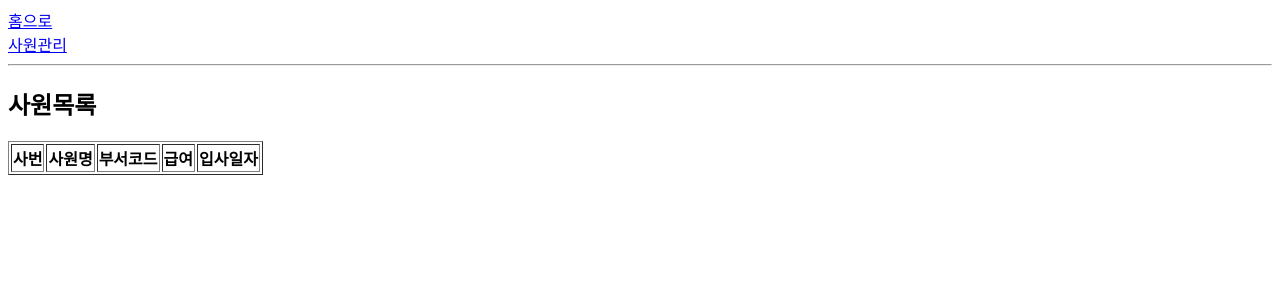
Repository: tnalss/studyWeb
Page: http://localhost/servlet02/employee/emp_list
An editor plug-in stored every save of this project. The page is shown before and after the next save, followed by the edit.
The browser window is 1280 px wide. The pictures show the whole page.
The page is served by Tomcat 9. Other server files are loaded and not shown. Queries for data that is not in the repository find no rows.

Above is the page before, as saved 2022-11-10 07:53:47.

### workspace/servlet02/src/main/java/hr/EmployeeListServlet.java
package hr;

import java.io.IOException;
import java.io.PrintWriter;
import java.util.ArrayList;

import javax.servlet.ServletException;
import javax.servlet.annotation.WebServlet;
import javax.servlet.http.HttpServlet;
import javax.servlet.http.HttpServletRequest;
import javax.servlet.http.HttpServletResponse;

import dao.HrDAO;
import dto.EmployeeDTO;

@WebServlet("/employee/emp_list")
public class EmployeeListServlet extends HttpServlet {
	private static final long serialVersionUID = 1L;
	protected void service(HttpServletRequest request, HttpServletResponse response) throws ServletException, IOException {
		response.setContentType("text/html; charset=utf-8");

		PrintWriter out = response.getWriter();

		out.print("<html>");
		out.print("<body>");

		out.print("<div><a href='../'>홈으로</a></div>");
		out.print("<div><a href='index.html'>사원관리</a></div>");
		out.print("<hr>");
		out.print("<h2>사원목록</h2>");
		out.print("<table border='1'>");
		out.print("<tr><th>사번</th><th>사원명</th><th>부서코드</th><th>급여</th>"
				+ "<th>입사일자</th></tr>");

		HrDAO dao = new HrDAO();

		ArrayList<EmployeeDTO> list = dao.employee_list();

		for (EmployeeDTO dto : list) {


			out.printf("<tr><td>%d</td><td>%s</td><td>%d</td><td>%s</td><td>%s</td></tr>"
					,dto.getEmployee_id() , dto.getName()
					,dto.getDepartment_name(), dto.getSalary() , dto.getHire_date());



		}




		out.print("</table>");
		out.print("</body>");
		out.print("</html>");


	}

}

### workspace/servlet02/src/main/java/dao/HrDAO.java
package dao;

import java.sql.Connection;
import java.sql.DriverManager;
import java.sql.PreparedStatement;
import java.sql.ResultSet;
import java.sql.SQLException;
import java.util.ArrayList;

import dto.EmployeeDTO;

public class HrDAO {
	private Connection conn;
	private PreparedStatement ps;
	private ResultSet rs;

	private void connect() {
		try {
			Class.forName("oracle.jdbc.driver.OracleDriver");
			conn = DriverManager.getConnection("jdbc:oracle:thin:@localhost:1521:xe","hr","0000");
		} catch (Exception e) {
			System.out.println(e.getMessage());
		}
	}

	private void disconnect() {

		if (rs!=null) { try{rs.close();}catch(Exception e) {} }
		if (ps!=null) { try{ps.close();}catch(Exception e) {} }
		if (conn!=null) { try{conn.close();}catch(Exception e) {} }

	}

	//사원목록조회
	public ArrayList<EmployeeDTO> employee_list() {
		connect();
		ArrayList<EmployeeDTO> list = new ArrayList<EmployeeDTO>();
		String sql = "SELECT employee_id, last_name || ' ' || first_name name"
				+ ",salary, department_id, department_name , hire_date"
				+ " FROM employees e LEFT JOIN departments d "
				+ " USING(department_id) ORDER BY 1;";
		try {
			ps = conn.prepareStatement(sql);
			rs = ps.executeQuery();

			while(rs.next()) {
				EmployeeDTO dto = new EmployeeDTO();
				dto.setEmployee_id(rs.getInt("employee_id"));
				dto.setFirst_name(rs.getString("first_name"));
				dto.setLast_name(rs.getString("last_name"));
				dto.setName(rs.getString("name"));
				dto.setSalary(rs.getInt("salary"));
				dto.setDepartment_id(rs.getInt("department_id"));
				dto.setDepartment_name(rs.getString("department_name"));
				dto.setHire_date(rs.getDate("hire_date"));
				list.add(dto);
			}

		} catch (SQLException e) {
			System.out.println(e.getMessage());
		} finally {
			disconnect();
		}
		return list;
	}




}

After the next save:
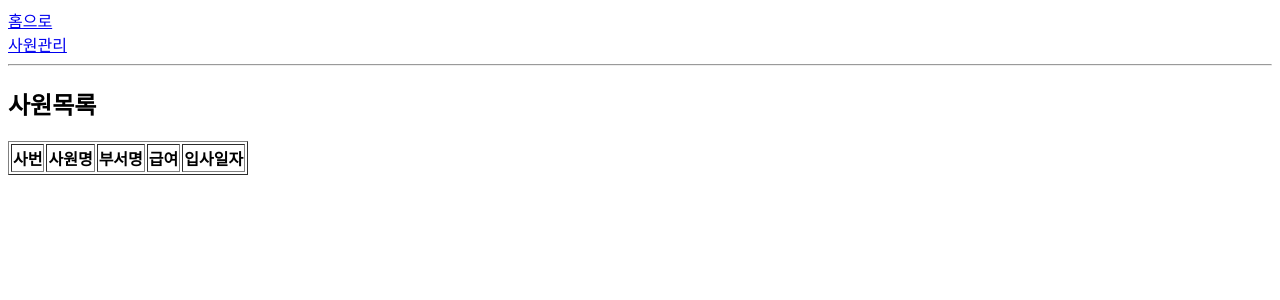
Saved 59 s later.
--- a/workspace/servlet02/src/main/java/hr/EmployeeListServlet.java
+++ b/workspace/servlet02/src/main/java/hr/EmployeeListServlet.java
@@ -29,7 +29,7 @@ public class EmployeeListServlet extends HttpServlet {
 		out.print("<hr>");
 		out.print("<h2>사원목록</h2>");
 		out.print("<table border='1'>");
-		out.print("<tr><th>사번</th><th>사원명</th><th>부서코드</th><th>급여</th>"
+		out.print("<tr><th>사번</th><th>사원명</th><th>부서명</th><th>급여</th>"
 				+ "<th>입사일자</th></tr>");
 
 		HrDAO dao = new HrDAO();
@@ -39,7 +39,7 @@ public class EmployeeListServlet extends HttpServlet {
 		for (EmployeeDTO dto : list) {
 
 
-			out.printf("<tr><td>%d</td><td>%s</td><td>%d</td><td>%s</td><td>%s</td></tr>"
+			out.printf("<tr><td>%d</td><td>%s</td><td>%s</td><td>%s</td><td>%s</td></tr>"
 					,dto.getEmployee_id() , dto.getName()
 					,dto.getDepartment_name(), dto.getSalary() , dto.getHire_date());
 
